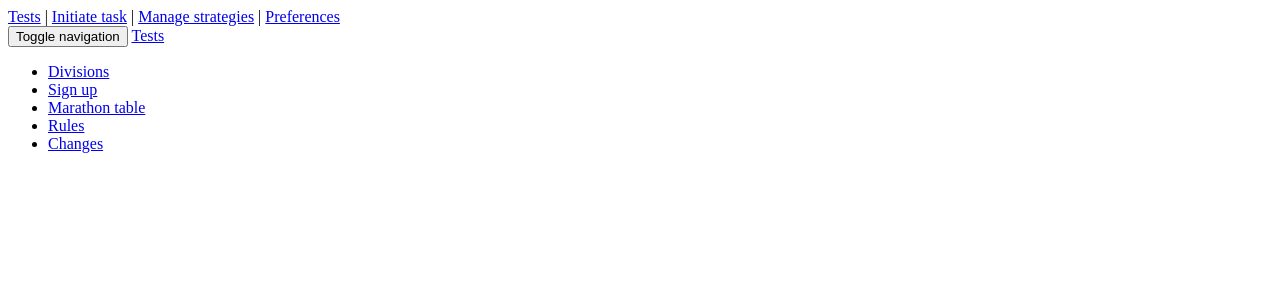
Repository: NeroVanbiervliet/newbeurs-web-terminated
Page: BeursWebApp/WebContent/navigation.html
The author's editor kept a copy of each file at every save. The page is drawn from the files as they stood at one save, then again after the next save.
The browser window is 1280 px wide. The pictures show the whole page.

Above is the page before, as saved 2015-09-28 09:03:20.

### BeursWebApp/WebContent/navigation.html
<div>
	<nav class="navbar navbar-default navbar-fixed-top">
	  <a href=".">Tests</a> |
	  <a href="initiate_simulation.jsp">Initiate task</a> |
	  <a href="manage_strategies.jsp">Manage strategies</a> |
	  <a href="preferences.jsp">Preferences</a>
	</nav>

	<nav class="navbar navbar-default navbar-fixed-top" role="navigation">
		<div class="container"><!-- Brand and toggle get grouped for better mobile display -->
			<div class="navbar-header">
				<button type="button" class="navbar-toggle" data-toggle="collapse" data-target="#bs-example-navbar-collapse-1">
				<span class="sr-only">Toggle navigation</span> <span class="icon-bar"></span>
				<span class="icon-bar"></span>
				<span class="icon-bar"></span>
				</button>
				<a class="navbar-brand" href="#">Tests</a>
			</div>
			<div class="collapse navbar-collapse" id="bs-example-navbar-collapse-1">
				<ul class="nav navbar-nav">
					<li><a href="#/divisions">Divisions</a></li>
					<li><a href="#/signup">Sign up</a></li>
					<li><a href="#/marathontable">Marathon table</a></li>
					<li><a href="#/rules">Rules</a></li>
					<li><a href="#/changes">Changes</a></li>
				</ul>
			</div>
			<!-- /.navbar-collapse -->
		</div>
		<!-- /.container-fluid -->
	</nav>
</div>

After the next save:
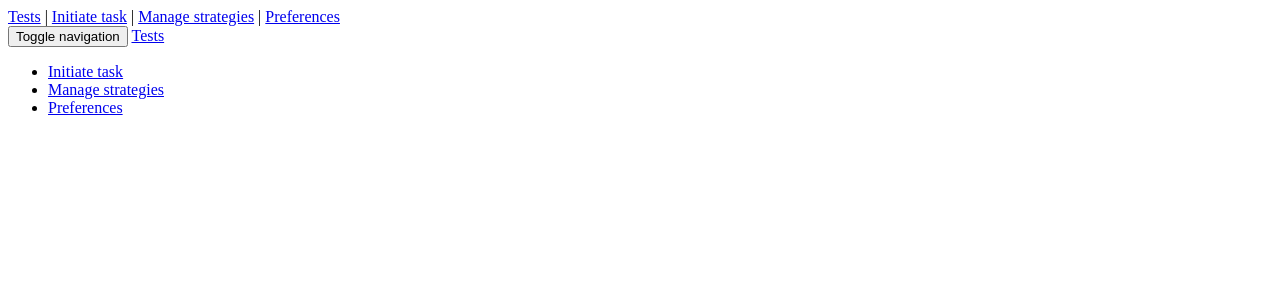
Saved 27 s later.
--- a/BeursWebApp/WebContent/navigation.html
+++ b/BeursWebApp/WebContent/navigation.html
@@ -18,11 +18,9 @@
 			</div>
 			<div class="collapse navbar-collapse" id="bs-example-navbar-collapse-1">
 				<ul class="nav navbar-nav">
-					<li><a href="#/divisions">Divisions</a></li>
-					<li><a href="#/signup">Sign up</a></li>
-					<li><a href="#/marathontable">Marathon table</a></li>
-					<li><a href="#/rules">Rules</a></li>
-					<li><a href="#/changes">Changes</a></li>
+					<li><a href="#/divisions">Initiate task</a></li>
+					<li><a href="#/signup">Manage strategies</a></li>
+					<li><a href="#/marathontable">Preferences</a></li>
 				</ul>
 			</div>
 			<!-- /.navbar-collapse -->
